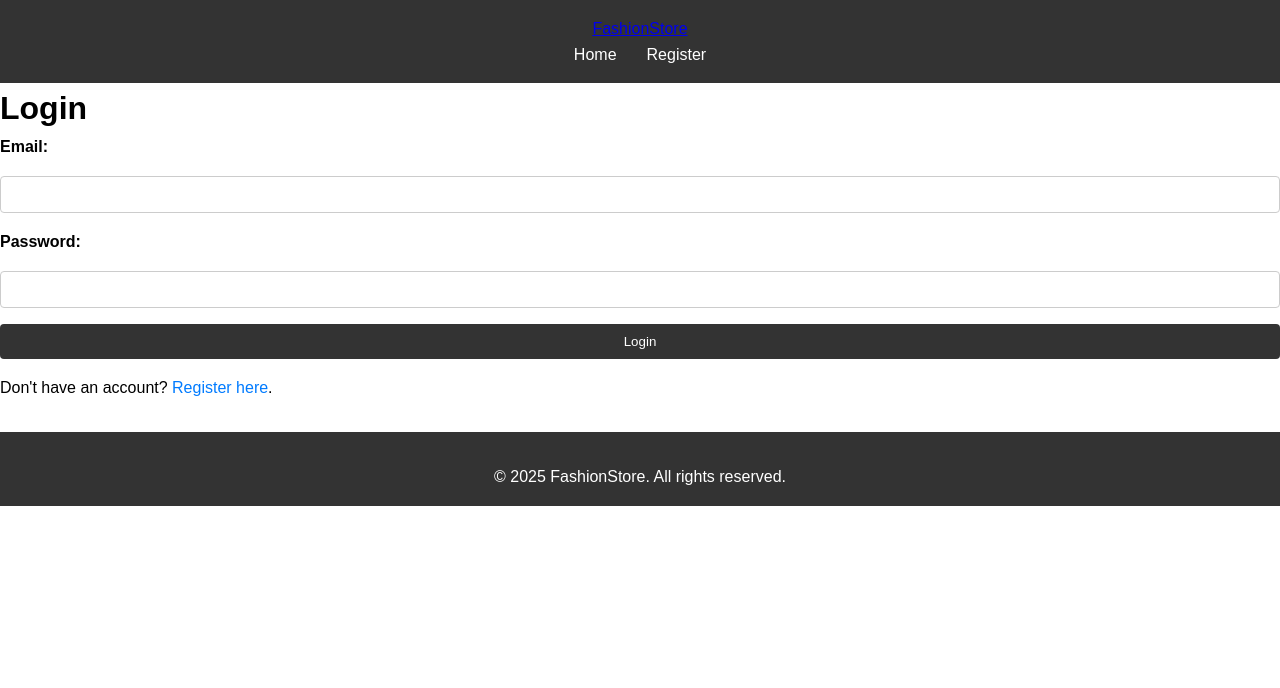
Repository: Patience225/ecommerce-app
Page: login.html
These files come from the project's save history. The page is drawn as it stood at one moment and after the next save; the edit follows.
The browser window is 1280 px wide. The pictures show the whole page.

Above is the page before, as saved 2025-01-30 10:33:18.

### login.html
<!DOCTYPE html>
<html lang="en">
<head>
  <meta charset="UTF-8">
  <meta name="viewport" content="width=device-width, initial-scale=1.0">
  <title>Login - FashionStore</title>
  <link rel="stylesheet" href="css/style.css">
</head>
<body>
  <header>
    <nav class="navbar">
      <a href="index.html" class="logo">FashionStore</a>
      <ul class="nav-links">
        <li><a href="index.html">Home</a></li>
        <li><a href="register.html">Register</a></li>
      </ul>
    </nav>
  </header>

  <main>
    <h1>Login</h1>
    <section class="auth-container">
      <form id="login-form">
        <label for="email">Email:</label>
        <input type="email" id="email" required>

        <label for="password">Password:</label>
        <input type="password" id="password" required>

        <button type="submit">Login</button>
      </form>
      <p>Don't have an account? <a href="register.html">Register here</a>.</p>
    </section>
  </main>

  <footer>
    <p>&copy; 2025 FashionStore. All rights reserved.</p>
  </footer>

  <script src="js/auth.js"></script>
</body>
</html>

### css/style.css
* {
  margin: 0;
  padding: 0;
  box-sizing: border-box;
}

body {
  font-family: 'Arial', sans-serif;
  line-height: 1.6;
}

header {
  background: #333;
  color: #fff;
  padding: 1em;
  text-align: center;
}

nav ul {
  display: flex;
  justify-content: center;
  list-style: none;
}

nav ul li {
  margin: 0 15px;
}

nav ul li a {
  color: white;
  text-decoration: none;
}

.hero {
  background: url('../assets/images/hero.jpg') no-repeat center center/cover;
  color: white;
  text-align: center;
  padding: 3em 1em;
}

.products {
  padding: 2em 1em;
}

.product-grid {
  display: grid;
  grid-template-columns: repeat(auto-fill, minmax(200px, 1fr));
  gap: 1em;
}

footer {
  background: #333;
  color: white;
  text-align: center;
  padding: 1em;
  margin-top: 2em;
}

.cart {
  padding: 2em 1em;
}

.cart-items {
  display: flex;
  flex-direction: column;
  gap: 1em;
  margin-bottom: 2em;
}

.cart-item {
  display: flex;
  align-items: center;
  gap: 1em;
  border-bottom: 1px solid #ccc;
  padding-bottom: 1em;
}

.cart-item img {
  width: 100px;
  border-radius: 8px;
}

.cart-item-details {
  flex: 1;
}

.cart-item-title {
  font-size: 1.2rem;
  margin-bottom: 0.5em;
}

.cart-item-price {
  color: #333;
}

.cart-summary {
  text-align: right;
}

#checkout-btn {
  padding: 0.75em 1.5em;
  background-color: #333;
  color: white;
  border: none;
  cursor: pointer;
  border-radius: 4px;
}

#checkout-btn:hover {
  background-color: #555;
}

.checkout {
  padding: 2em;
  max-width: 600px;
  margin: 0 auto;
  background-color: #f9f9f9;
  border-radius: 8px;
}

.checkout h1 {
  text-align: center;
  margin-bottom: 1em;
}

form {
  display: flex;
  flex-direction: column;
  gap: 1em;
}

.form-group {
  display: flex;
  flex-direction: column;
}

label {
  font-weight: bold;
}

input, textarea, select {
  padding: 0.75em;
  border: 1px solid #ccc;
  border-radius: 4px;
}

button[type="submit"] {
  padding: 0.75em;
  background-color: #333;
  color: white;
  border: none;
  cursor: pointer;
  border-radius: 4px;
  text-align: center;
}

button[type="submit"]:hover {
  background-color: #555;
}

.auth-section {
  padding: 2em;
  max-width: 400px;
  margin: 0 auto;
  background-color: #f9f9f9;
  border-radius: 8px;
  text-align: center;
}

.auth-section h1 {
  margin-bottom: 1em;
}

form {
  display: flex;
  flex-direction: column;
  gap: 1em;
}

input {
  padding: 0.75em;
  border: 1px solid #ccc;
  border-radius: 4px;
}

button[type="submit"] {
  padding: 0.75em;
  background-color: #333;
  color: white;
  border: none;
  cursor: pointer;
  border-radius: 4px;
}

button[type="submit"]:hover {
  background-color: #555;
}

p {
  margin-top: 1em;
}

p a {
  color: #007BFF;
  text-decoration: none;
}

.search-filter-section {
  display: flex;
  justify-content: space-between;
  align-items: center;
  padding: 1em;
  background-color: #f5f5f5;
  margin-bottom: 1em;
  border-radius: 8px;
}

.search-bar {
  display: flex;
  gap: 0.5em;
}

.search-bar input {
  padding: 0.75em;
  border: 1px solid #ccc;
  border-radius: 4px;
}

.search-bar button {
  padding: 0.75em;
  background-color: #333;
  color: white;
  border: none;
  border-radius: 4px;
  cursor: pointer;
}

.search-bar button:hover {
  background-color: #555;
}

.filter-options select {
  padding: 0.75em;
  border: 1px solid #ccc;
  border-radius: 4px;
}

.checkout-form {
  max-width: 600px;
  margin: 2em auto;
  padding: 1.5em;
  background-color: #f9f9f9;
  border-radius: 8px;
  box-shadow: 0 4px 8px rgba(0, 0, 0, 0.1);
}

.checkout-form form {
  display: flex;
  flex-direction: column;
  gap: 1em;
}

.checkout-form label {
  font-weight: bold;
}

.checkout-form input,
.checkout-form select {
  padding: 0.75em;
  border: 1px solid #ddd;
  border-radius: 4px;
}

.checkout-button {
  padding: 1em;
  background-color: #333;
  color: white;
  border: none;
  border-radius: 4px;
  cursor: pointer;
  font-size: 1em;
}

.checkout-button:hover {
  background-color: #555;
}

.cart-container {
  max-width: 800px;
  margin: 2em auto;
  padding: 1em;
  background-color: #f9f9f9;
  border-radius: 8px;
  box-shadow: 0 4px 8px rgba(0, 0, 0, 0.1);
}

.cart-container table {
  width: 100%;
  border-collapse: collapse;
  margin-bottom: 1em;
}

.cart-container th, .cart-container td {
  padding: 1em;
  border: 1px solid #ddd;
  text-align: center;
}

.cart-summary {
  display: flex;
  justify-content: space-between;
  align-items: center;
  background-color: #e9e9e9;
  padding: 1em;
  border-radius: 8px;
}

.checkout-button {
  padding: 1em;
  background-color: #333;
  color: white;
  border: none;
  border-radius: 4px;
  cursor: pointer;
  font-size: 1em;
}

.checkout-button:hover {
  background-color: #555;
}

### js/auth.js
// js/auth.js

// Handle Registration
document.getElementById('register-form')?.addEventListener('submit', function (e) {
  e.preventDefault();

  const name = document.getElementById('name').value.trim();
  const email = document.getElementById('email').value.trim();
  const password = document.getElementById('password').value.trim();

  if (!name || !email || !password) {
    alert('Please fill in all fields.');
    return;
  }

  const user = { name, email, password };
  localStorage.setItem('user', JSON.stringify(user));
  alert('Registration successful! Please login.');
  window.location.href = "login.html";
});

// Handle Login
document.getElementById('login-form')?.addEventListener('submit', function (e) {
  e.preventDefault();

  const email = document.getElementById('email').value.trim();
  const password = document.getElementById('password').value.trim();

  const storedUser = JSON.parse(localStorage.getItem('user'));

  if (storedUser && storedUser.email === email && storedUser.password === password) {
    alert(`Welcome back, ${storedUser.name}!`);
    window.location.href = "index.html";
  } else {
    alert('Invalid email or password. Please try again.');
  }
});

After the next save:
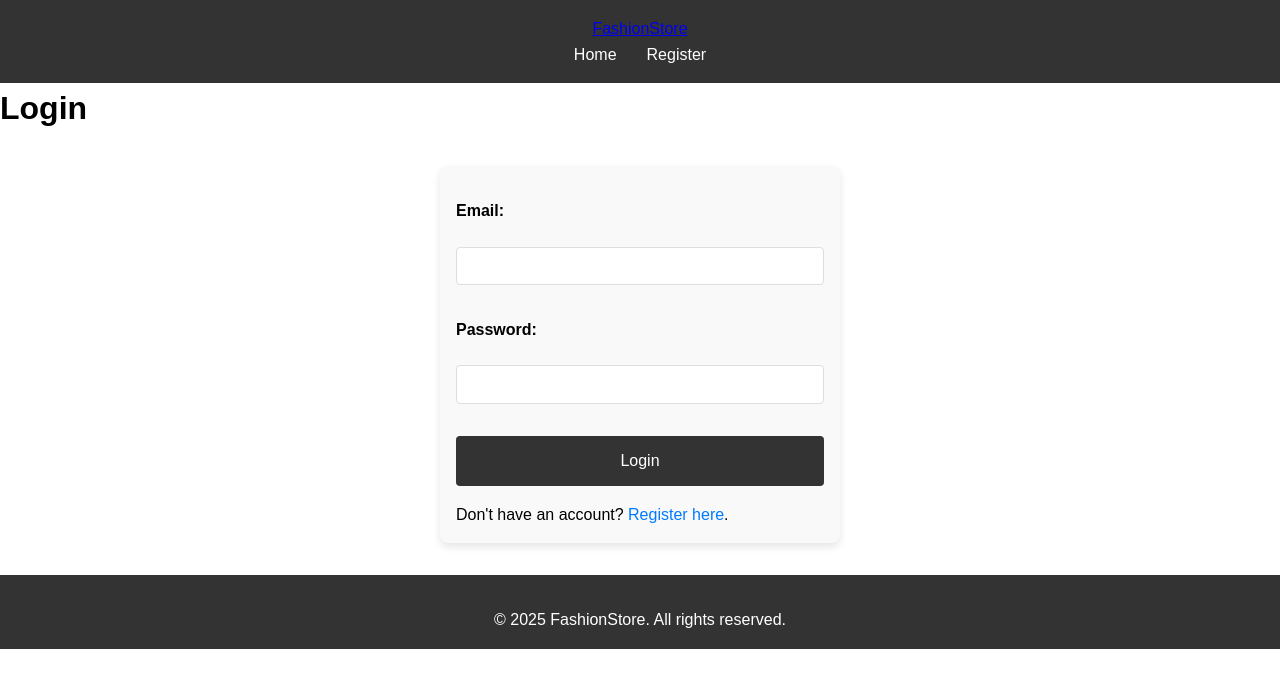
Saved 26 s later.
--- a/css/style.css
+++ b/css/style.css
@@ -328,3 +328,43 @@ p a {
 .checkout-button:hover {
   background-color: #555;
 }
+
+.auth-container {
+  max-width: 400px;
+  margin: 2em auto;
+  padding: 1em;
+  background-color: #f9f9f9;
+  border-radius: 8px;
+  box-shadow: 0 4px 8px rgba(0, 0, 0, 0.1);
+}
+
+.auth-container form {
+  display: flex;
+  flex-direction: column;
+}
+
+.auth-container label {
+  margin-top: 1em;
+}
+
+.auth-container input {
+  padding: 0.8em;
+  border: 1px solid #ddd;
+  border-radius: 4px;
+  margin-top: 0.5em;
+}
+
+.auth-container button {
+  padding: 1em;
+  background-color: #333;
+  color: white;
+  border: none;
+  border-radius: 4px;
+  cursor: pointer;
+  font-size: 1em;
+  margin-top: 1em;
+}
+
+.auth-container button:hover {
+  background-color: #555;
+}
